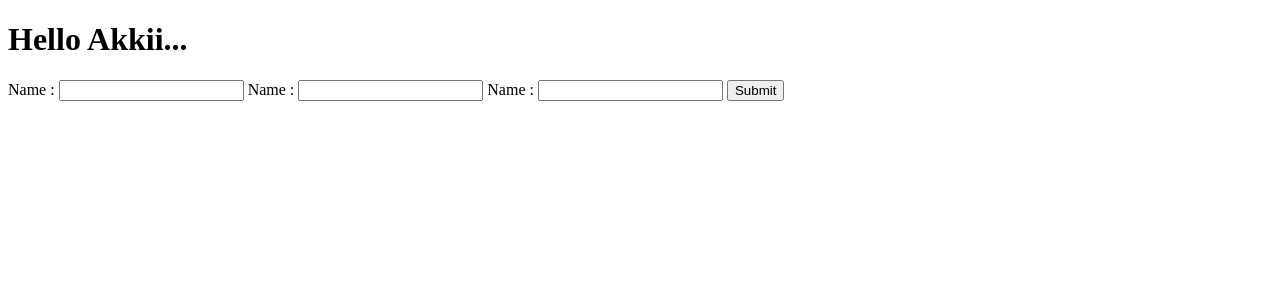
Repository: akshaybarge315/workspace
Page: J2EE/src/main/webapp/Index.html
The author's editor kept a copy of each file at every save. The page is drawn from the files as they stood at one save, then again after the next save.
The browser window is 1280 px wide. The pictures show the whole page.

Above is the page before, as saved 2024-06-12 11:05:26.

### J2EE/src/main/webapp/Index.html
<!DOCTYPE html>
<html>
<head>
<meta charset="UTF-8">
<title>Insert title here</title>
</head>
<body>
	<h1>Hello Akkii...</h1>

	<form action="Serv1">
		Name : <input type="text" name="username">
		Name : <input type="text" name="desig">
		Name : <input type="text" name="ts">
		<input type="submit">
	</form>
</body>
</html>

After the next save:
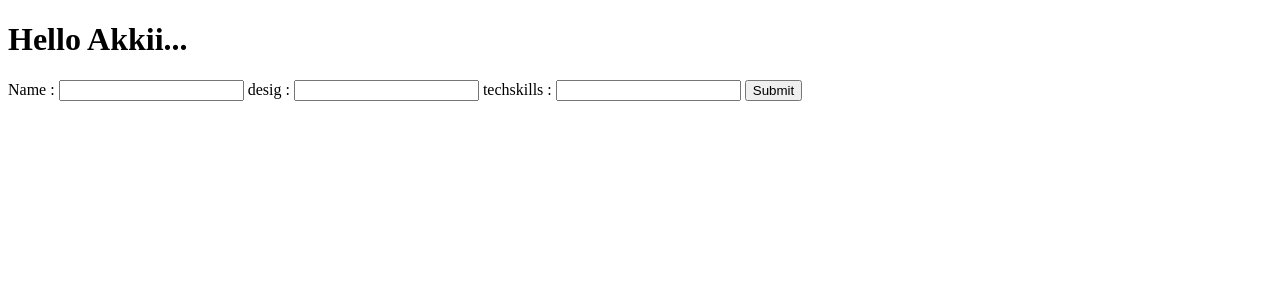
Saved 28 s later.
--- a/J2EE/src/main/webapp/Index.html
+++ b/J2EE/src/main/webapp/Index.html
@@ -9,8 +9,8 @@
 
 	<form action="Serv1">
 		Name : <input type="text" name="username">
-		Name : <input type="text" name="desig">
-		Name : <input type="text" name="ts">
+		desig : <input type="text" name="desig">
+		techskills : <input type="text" name="techskills">
 		<input type="submit">
 	</form>
 </body>
